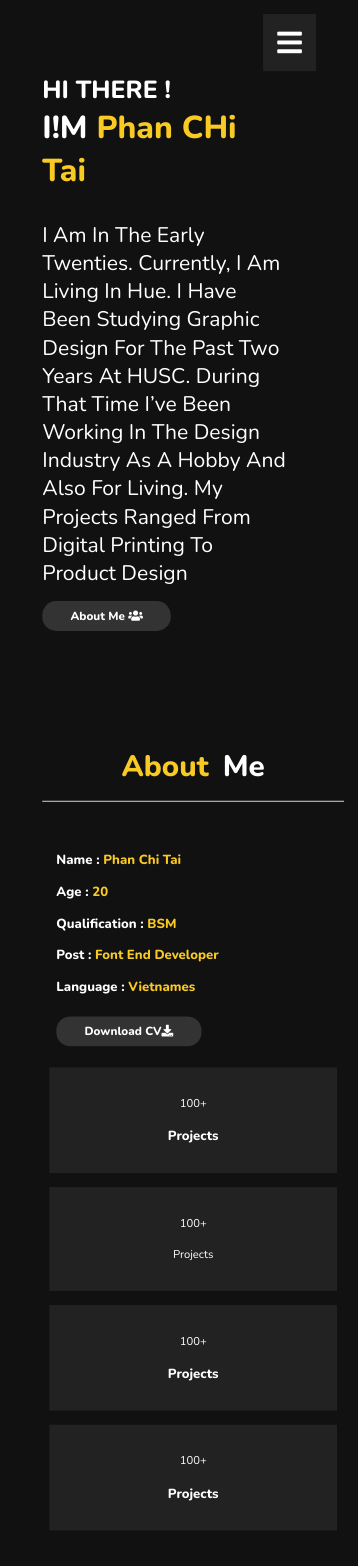
Repository: PCTai/My-profile
Page: index.html
The author's editor kept a copy of each file at every save. The page is drawn from the files as they stood at one save, then again after the next save.
The browser window is 375 px wide. The page is 391 px wide, then 407 px, so the pictures cover 407 px, including what lies to the right of the window. The pictures show the whole page, at 88% of full size.

Above is the page before, as saved 2021-11-26 09:46:39.

### index.html
<!DOCTYPE html>
<html lang="en">
<head>
    <meta charset="UTF-8">
    <meta http-equiv="X-UA-Compatible" content="IE=edge">
    <meta name="viewport" content="width=device-width, initial-scale=1.0">
    <link rel="preconnect" href="https://fonts.googleapis.com">
    <link rel="preconnect" href="https://fonts.gstatic.com" crossorigin>
    <link href="https://fonts.googleapis.com/css2?family=Nunito:ital,wght@0,400;0,600;0,800;1,200;1,300&display=swap" rel="stylesheet">
    <link rel="stylesheet" href="/assets/font/fontawesome-free-5.15.3-web/css/all.css">

    <link rel="stylesheet" href="/assets/css/style.css">
    <link rel="stylesheet" href="/assets/css/reponsive.css">
    <title>Document</title>
</head>
<body>
    <!-- Header start -->
    <header>
        <div class="user">
            <img src="/assets/imgs/user.jpg" alt="">
            <h3 class="name">Phan Chi Tai</h3>
            <div class="post">Font End Deverloper</div>
        </div>
        <div class="navbar">
            <ul>
                <li><a href="#home">home</a></li>
                <li><a href="#about">About</a></li>
                <li><a href="#education">Education</a></li>
                <li><a href="#portfolio">Portfolio</a></li>
                <li><a href="#contact">Contact</a></li>
            </ul>
        </div>
    </header>
    <!-- Header end -->
    <div id="menu"class="fas fa-bars">
    </div>
    <!-- start home -->
    <section id="home" class="home">

        <h3>HI THERE !</h3>
        <h1>I!M <span>Phan CHi Tai</span></h1>
        <p>I am in the early twenties. Currently, I am living in Hue. I have been studying graphic design for the past two years at  HUSC. During that time I’ve been working in the design industry as a hobby and also for living. My projects ranged from digital printing to product design</p>
        <a href="#about"> <button class="btn">About me <i class="fas fa-users"></i></button></a>


    </section>
    <!-- end home -->
    <!-- start about -->
    <section id="about" class="about">
        <div class="heading"><h1><span>About</span>Me</h1></div>
        <div class="row">
            <div class="info">
                <h3>Name : <span>Phan Chi Tai</span></h3>
                <h3>Age : <span>20</span></h3>
                <h3>Qualification : <span>BSM</span></h3>
                <h3>Post : <span>Font End Developer</span></h3>
                <h3>Language : <span>Vietnames</span></h3>
                <a href="#about"> <button class="btn">Download CV<i class="fas fa-download"></i></button></a>
            </div>
            <div class="counter">
                <div class="box">
                    <span>100+</span>
                    <br>
                    <h3>projects</h3>
                </div>
                <div class="box">
                    <span>100+</span>
                    <br>
                    <p>projects</p>
                </div>
                <div class="box">
                    <span>100+</span>
                    <br>
                    <h3>projects</h3>
                </div>
                <div class="box">
                    <span>100+</span>
                    <br>
                    <h3>projects</h3>
                </div>
            </div>
        </div>
    </section>
    <!-- end about -->
    <script src="/app.js"></script>
</body>
</html>

### assets/css/style.css
:root{
    --yellow: #f9ca24;
}
*{
    font-family: 'Nunito', sans-serif;
    margin: 0;padding: 0;
    box-sizing: border-box;
    text-decoration: none;
    outline: none;border: none;
    text-transform: capitalize;
    transition: all .2s linear;
}
html{
    font-size: 62,5%;
    overflow: hidden;
}
::selection{
    background-color: var(--yellow);
    color: #333;

}
html::-webkit-scrollbar{
    width: 2rem;
}
html::-webkit-scrollbar-track{
    background-color: #333;
}
html::-webkit-scrollbar-thumb{
    background-color: var(--yellow);
}
body{
    padding-left: 25rem;
    background: #111;
}
header{
    position: fixed;
    top: 0;
    left: 0;
    z-index: 1000;
    height: 100%;
    display: flex;
    flex-direction: column;
    justify-content: center;
    align-items: center;
    width: 25rem;
    background-color: #1a1a1a;
}

.user img{
    margin-top: 2rem;
    height: 14rem;
    width: 14rem;
    border-radius: 50%;
    object-fit: cover;
    border: 0.5rem solid var(--yellow);

}
header .user .name{
    text-align: center;
    font-size: 2rem;
    color: #fff;
}
header .user .post{
    text-align: center;
    font-size: 1.5rem;
    color: #eee;
}
header .navbar ul{
    margin-top: 1rem;
    list-style: none;
    padding: 1rem 3rem;
}
header .navbar ul li a:hover{
    background-color: var(--yellow);
}
header .navbar ul li a{
    display: block;
    padding: 0.5rem 6rem;
   margin-bottom: 0.8rem;
   background-color: #333;
   color: #fff;
   font-size: 1.5rem;
   border-radius: 5rem;
   text-align: center;
   cursor: pointer;
}
#menu:hover{
    color: var(--yellow);
}


#menu{
    position: fixed;
    z-index: 1000;
    top: 1rem;
    right: 1rem;
    color: #fff;
    padding: 1rem;
    background-color: #222;
    font-size: 2rem;
    cursor: pointer;
}
section{
    min-height: 100vh;
    padding: 1rem;
}
/* home */
.home{
    font-size: 1.5rem;
    color: #fff;
    display: flex;
    flex-direction: column;
    padding: 0 2rem;
    justify-content: center;
}
.btn:hover{
    background-color: var(--yellow);
    cursor: pointer;
}
.btn{
    padding: 0.5rem 2rem;
    border-radius: 1rem;
    margin-top: 1rem;
    font-weight: bold;
    background-color: #333;
    color: #fff;
}
.home span{
    color: var(--yellow);
    margin-bottom: 2rem;

}
.home h1{
    margin-bottom: 2rem;

}
/* about */
.about{
    color: #fff;
    margin: 0 2rem;
}
.heading{
    font-size: 2rem;
    text-align: center;
    padding: 1rem;
    border-bottom: 0.1rem solid #eee;

}
.heading span{
    color: var(--yellow);
    padding-right: 1rem;
}
.info{
    flex: 1 1 45%;
    padding: 1rem;
    padding-left: 1rem;

}
.info span{
    color: var(--yellow);
}
.info h3{
    padding: 0.5rem 0;
}
.row{
    margin-top: 2rem;
    display: flex;
    justify-content: center;
    align-items: center;
    flex-wrap: wrap;

}
.counter{
    flex:1 1 55%;
    width: 55%;
    justify-content: center;
    display: flex;
    flex-wrap: wrap;

}
.box{
    background-color: #222;
    width: 7.5rem;
    padding: 2rem 0;
    text-align: center;
    margin: 0.5rem;
    display: flex;
    flex-direction: column;
    align-items: center;
    justify-content: center;

}

### assets/css/reponsive.css

@media (min-width:1200px){
    #menu{
        display: none;
    }
    .box{
        width: 11rem;
    }
}
@media (max-width:1024px){
    header{
        left: -125%;
    }
    body{
        padding: 0 1.5rem;
    }
    #menu{
        display: block;
    }
    .box{
        width: 9rem;
    }
}
@media (max-width:486px){
   body{
       padding: 0 1rem;
   }
    section{
        width: 100%;
        font-size: 60%;
        padding: 2rem 0;
    }
    header{

        width: 100vw;
    }
   .info,.counter{
        width: 100%;
   }
   .about{
       font-size: 80%;
   }
   .heading{
       font-size: 1.4rem;
   }
   .box{
    width: 100%;
}

}
@media (max-width:939px){
    .row{
        flex-direction: column;
    }
    .info,.counter{
        width: 100%;
   }

}

### app.js

var menu=document.getElementById('menu');
var header=document.querySelector('header');
menu.onclick=function(e){
    if(this.className=='fas fa-bars'){
        this.classList.remove('fa-bars');
        this.classList.add('fa-times');
        header.style='left:0%';
    }
    else{
        this.classList.remove('fa-times');
        this.classList.add('fa-bars');
        header.style='left:-125%';
    }
};

Loaded but not shown: assets/font/fontawesome-free-5.15.3-web/css/all.css (library)

After the next save:
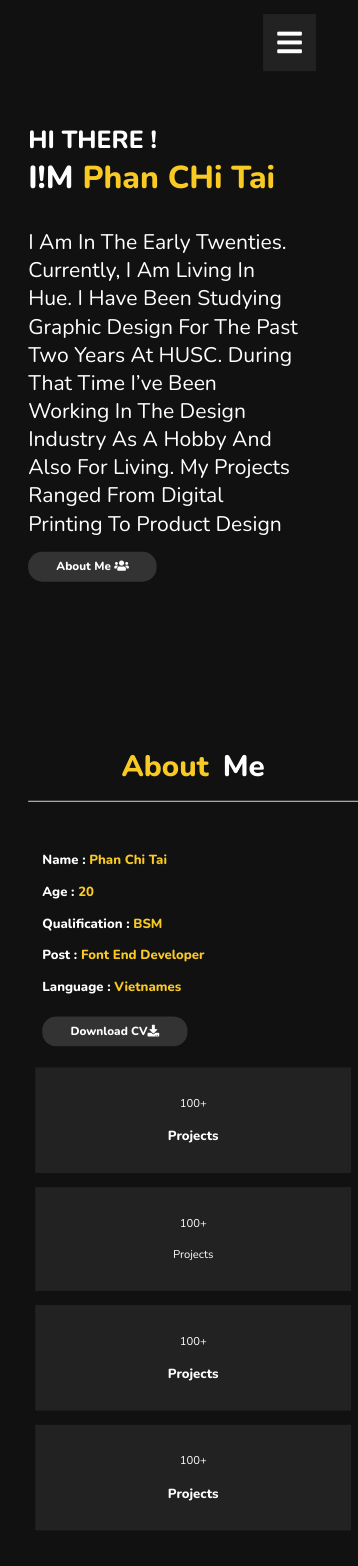
Saved 22 s later.
--- a/assets/css/reponsive.css
+++ b/assets/css/reponsive.css
@@ -23,7 +23,7 @@
 }
 @media (max-width:486px){
    body{
-       padding: 0 1rem;
+       padding: 0 0rem;
    }
     section{
         width: 100%;
